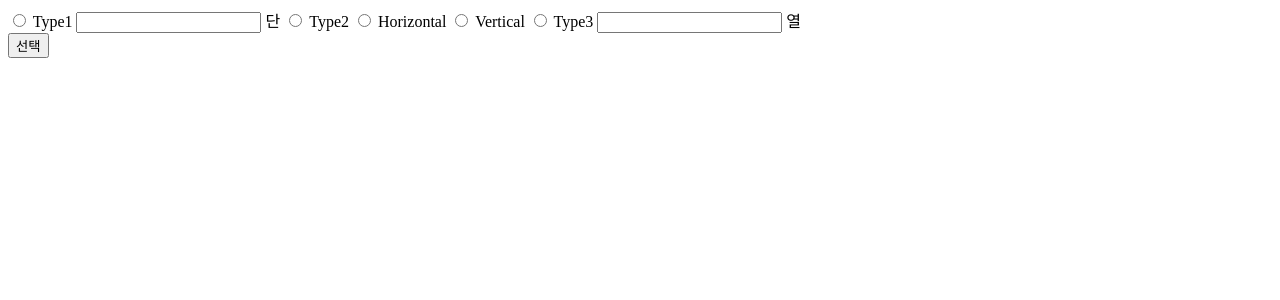
Repository: Park-Dongheon/Servlet-JSP_Training
Page: http://localhost/MissionJSP/gugudanForm.jsp
An editor plug-in stored every save of this project. The page is shown before and after the next save, followed by the edit.
The browser window is 1280 px wide. The pictures show the whole page.
The page is served by Tomcat 10.

Above is the page before, as saved 2024-06-13 08:10:39.

After the next save:
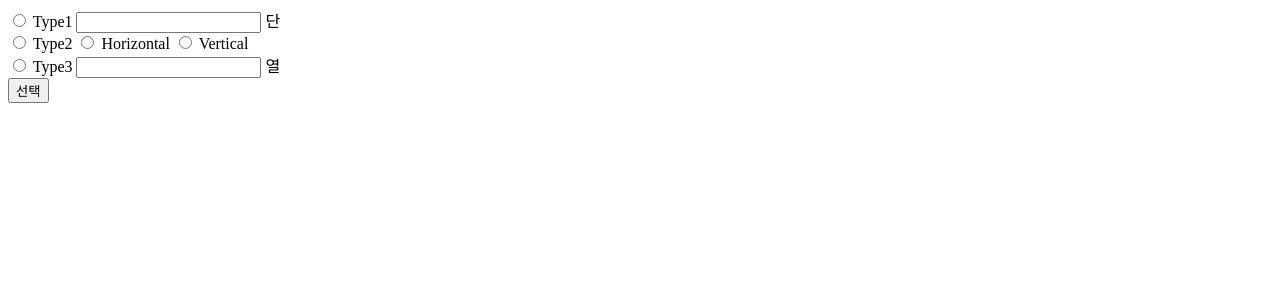
Saved 90 s later.
--- a/MissionJSP/src/main/webapp/gugudanForm.jsp
+++ b/MissionJSP/src/main/webapp/gugudanForm.jsp
@@ -8,29 +8,27 @@
 </head>
 <body>
 	<form action="GugudanProc.jsp" method="get">
-		<tr>
-		   <td>
-		     <input type="radio" id="Type1" name="gugudan_1" value= />
-		     <label for="Type1">Type1</label>
-		       <input type="number" id="dan" name="dan" />
-		       단
-		   </td>
-		   <td>
-		     <input type="radio" id="Type2" name="gugudan_2" value= />
-		     <label for="Type2">Type2</label>
-		     <input type="radio" id="hol" name="hol" value= />
-		     <label for="Horizontal">Horizontal</label>
-		     <input type="radio" id="ver" name="ver" value= />
-		     <label for="Vertical">Vertical</label>
-		   </td>
-		   <td>
-		     <input type="radio" id="Type3" name="gugudan_3" value= />
-		     <label for="Type3">Type3</label>
-		       <input type="number" id="col" name="col" />
-		       열
-		   </td>
-		</tr>
+		<div class="form-group">
+			<input type="radio" id="Type1" name="gugudan_1" value="K" />
+			<label for="Type1">Type1</label>
+			<input type="number" id="dan" name="dan" />
+			단
+		</div>
+		<div class="form-group">
+			<input type="radio" id="Type2" name="gugudan_2" value="K" />
+			<label for="Type2">Type2</label>
+			<input type="radio" id="hol" name="hol" value="K" />
+			<label for="Horizontal">Horizontal</label>
+			<input type="radio" id="ver" name="ver" value="K" />
+			<label for="Vertical">Vertical</label>
+		</div>
+		<div class="form-group">
+			<input type="radio" id="Type3" name="gugudan_3" value="K" />
+			<label for="Type3">Type3</label>
+			<input type="number" id="col" name="col" />
+			열
+		</div>
+		<input type="submit" value="선택" />
 	</form>
-	<input type="submit" value="선택" />
 </body>
 </html>
